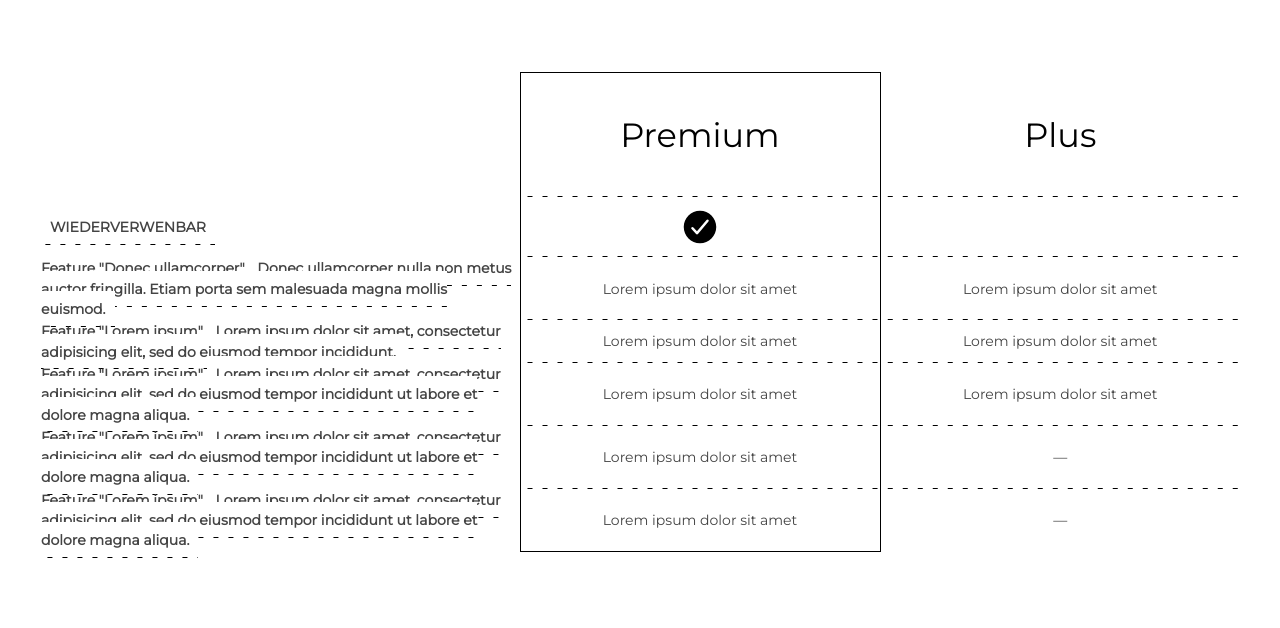
Repository: darlino/gotyu_shopify_section
Page: gotyu_table210223/index.html
These files come from the project's save history. The page is drawn as it stood at one moment and after the next save; the edit follows.
The browser window is 1280 px wide. The pictures show the whole page.

Above is the page before, as saved 2023-02-21 13:17:37.

After the next save:
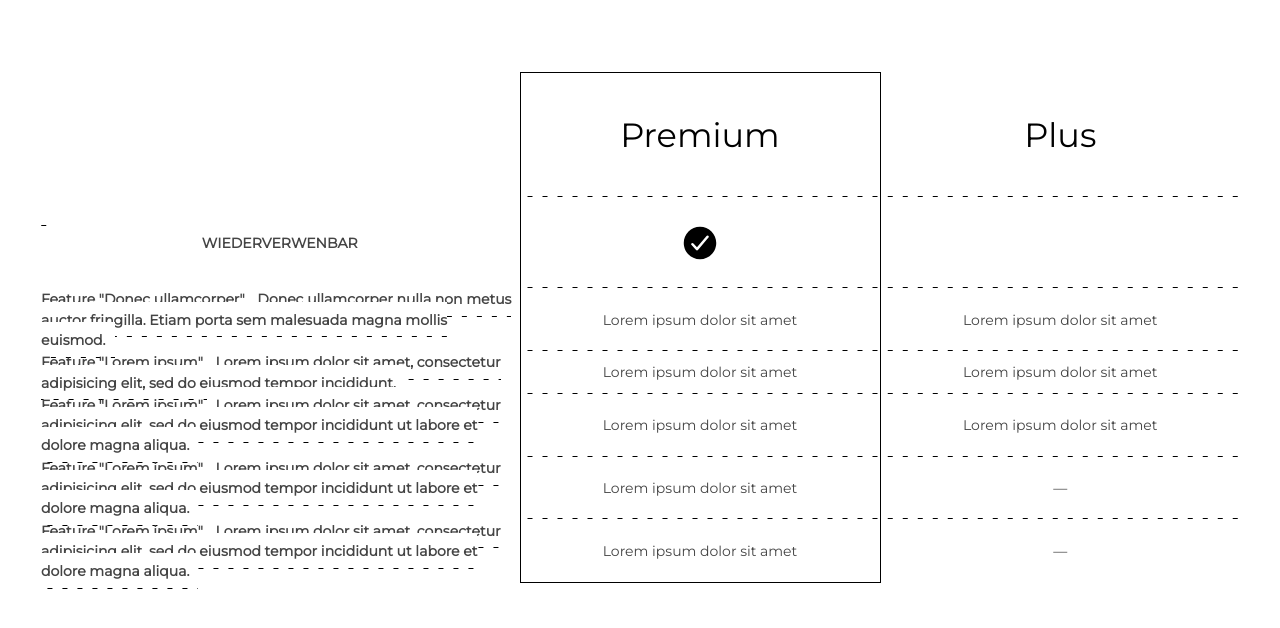
Saved 24 s later.
--- a/gotyu_table210223/index.html
+++ b/gotyu_table210223/index.html
@@ -34,7 +34,7 @@
       <tbody>
         <tr>
           <th>
-            <span> WIEDERVERWENBAR </span>
+            <span> <p>WIEDERVERWENBAR</p> </span>
           </th>
           <td>
             <div class="icon-wrapper">
